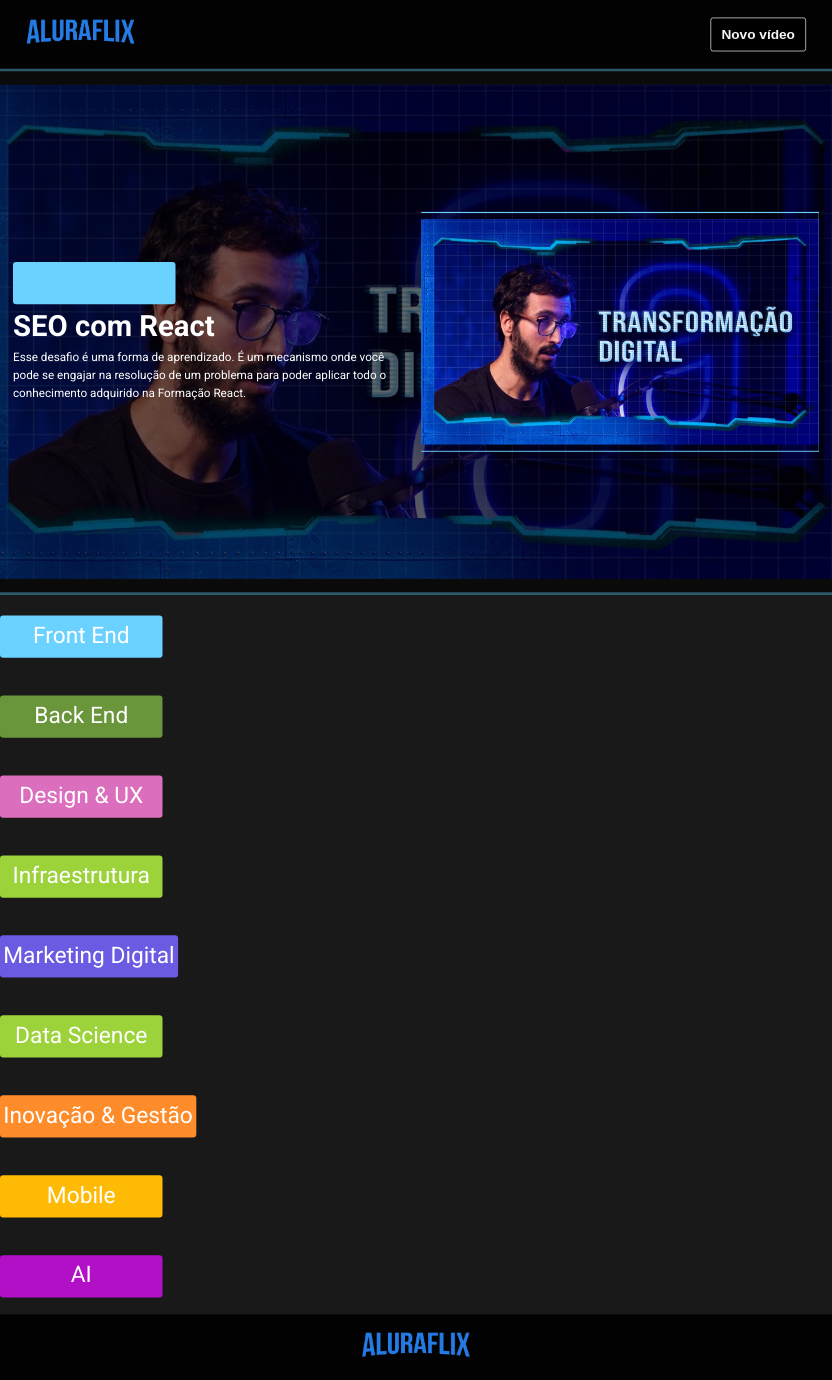
Repository: CarlosEduardoVdeOliveira/aluraflix
Page: /
The author's editor kept a copy of each file at every save. The page is drawn from the files as they stood at one save, then again after the next save.
The browser window is 1280 px wide. The pictures show the whole page, at 65% of full size.
The project was rebuilt for these pictures with package versions that can differ from the ones it lists, and the page was loaded fresh each time. Also part of the build but not shown: vite.config.js, src/components/Card/Card.module.css, src/components/Input/Input.module.css, src/components/Input/index.jsx, src/components/TextArea/TextArea.module.css, src/components/TextArea/index.jsx, src/pages/RegisterVideo/Register.module.css, src/pages/RegisterVideo/index.jsx and 4 more.

Above is the page before, as saved 2023-09-26 10:41:06.

After the next save:
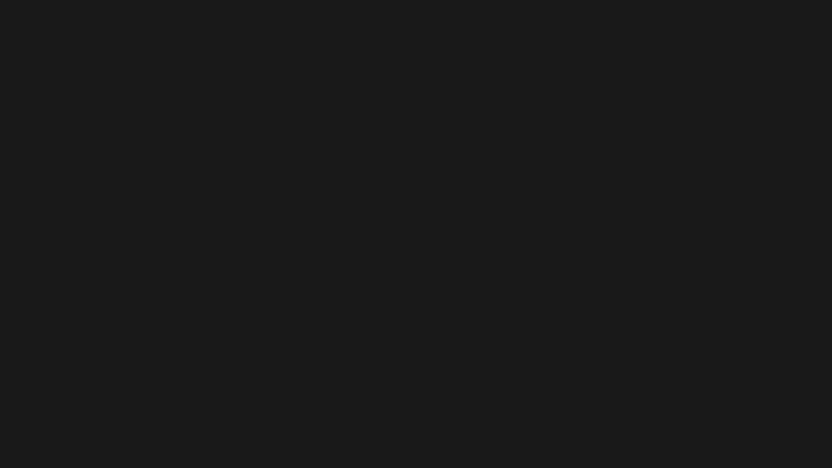
Console error (its wording comes from the project's code and is left out).
Saved 25 s later.
--- a/src/components/Banner/index.jsx
+++ b/src/components/Banner/index.jsx
@@ -15,7 +15,7 @@
               bgColor="#6BD1FF"
               color="#f5f5f5"
             >
-             {videos.splice(videos.name)}
+             {videos.shift(videos.name)}
             </TitleCategory>
             <h5 >
               SEO com React

After the save that followed:
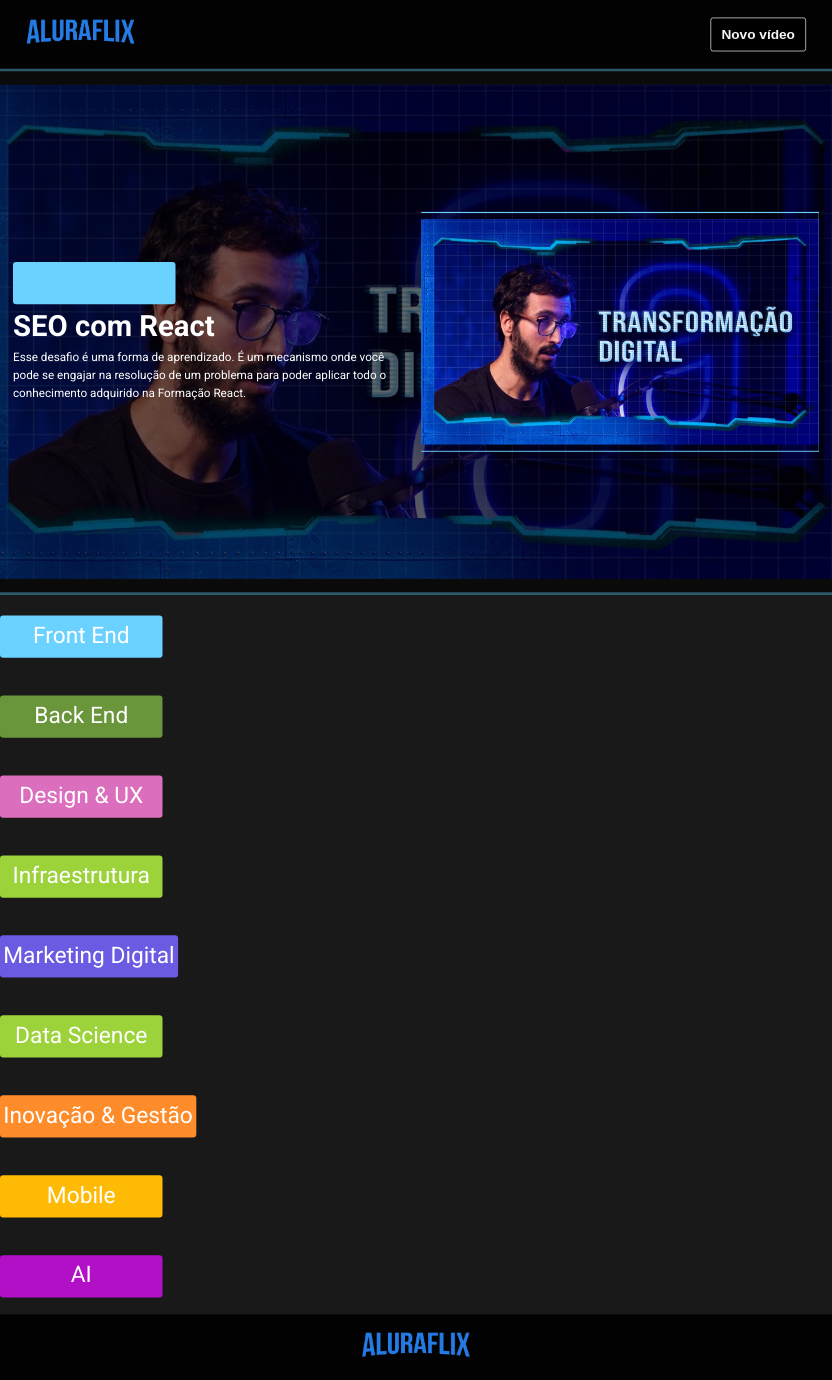
The error is gone.
Saved 17 s later.
--- a/src/components/Banner/index.jsx
+++ b/src/components/Banner/index.jsx
@@ -15,7 +15,7 @@
               bgColor="#6BD1FF"
               color="#f5f5f5"
             >
-             {videos.shift(videos.name)}
+             {videos.splice(videos.name)}
             </TitleCategory>
             <h5 >
               SEO com React
